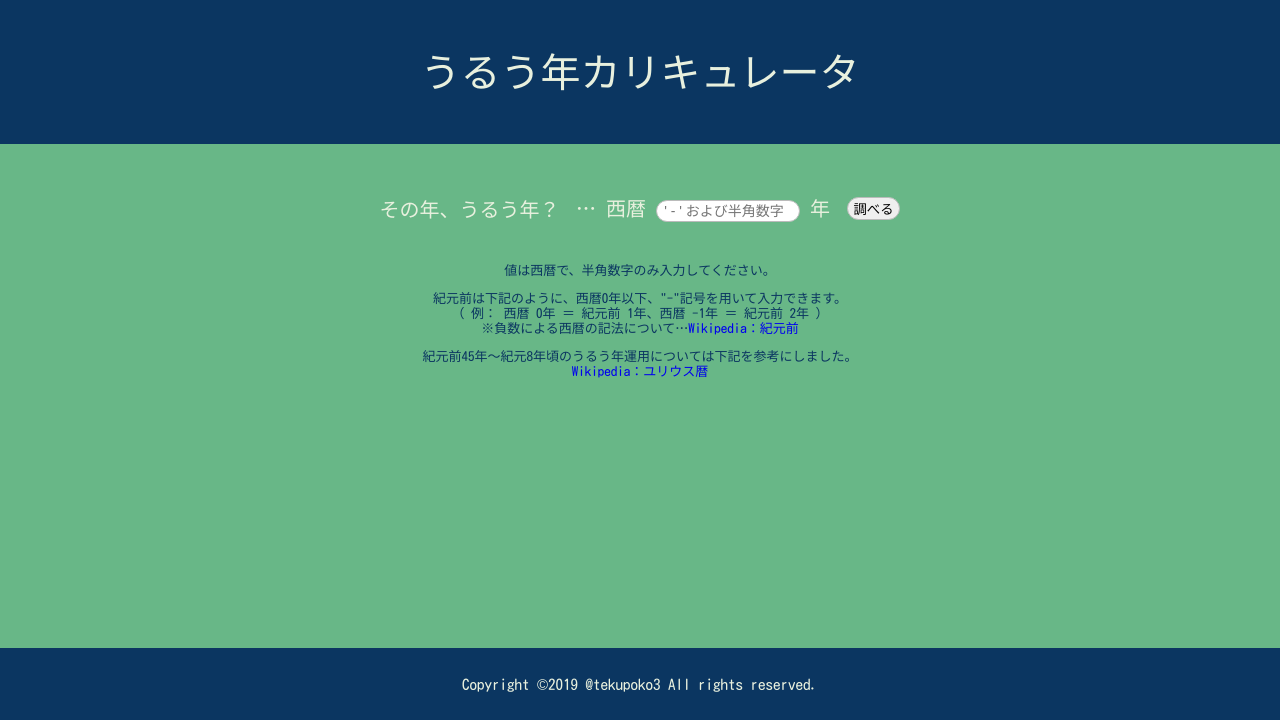
Repository: tekupoko3/leap_year_calculator
Page: leapyearcalc/judgeleapyear/templates/judgeleapyear/index.html
The author's editor kept a record of every edit. The page is drawn from the files as they stood at one moment, then again after the next edit.
The browser window is 1280 px wide. The pictures show the whole page.
The template is drawn by Django 3.2. The application's start-up code is not run. Other server files are loaded and not shown. The template is opened directly, without the code that normally fills it, so the values that code supplies are empty.

Above is the page before.

### leapyearcalc/judgeleapyear/templates/judgeleapyear/index.html
<!DOCTYPE html>
<html lang="ja">
<head>
  <meta charset="UTF-8">
  <meta name="viewport" content="width=device-width, initial-scale=1.0">
  <meta http-equiv="X-UA-Compatible" content="ie=edge">
  <title>うるう年カリキュレータ</title>
  {% load static %}
  <link rel="stylesheet" href="{% static "judgeleapyear/reset.css" %}" type="text/css" />
  <link href="https://fonts.googleapis.com/css?family=Kosugi+Maru&display=swap" rel="stylesheet">
  <link rel="stylesheet" href="{% static "judgeleapyear/base.css" %}" type="text/css" />
  <link rel="stylesheet" href="{% static "judgeleapyear/index.css" %}" type="text/css" />
</head>
<body>
  <header>
    <div class="navbar">
      <div class="headertitle">
        <a href="/"><p>うるう年カリキュレータ</p></a>
      </div>
    </div>
    <div class="flash">

    </div>
  </header>
  <main>
    <div class="mainwrapper">
      <div class="yearform">
        <form action="calc" id="yearinput" method="post">
          {% csrf_token %}
          <p>その年、うるう年？</p>
          <div class="inputblock">
              … 西暦
            {% if year is None %}
              <input type="text" name="year" placeholder="' - ' および半角数字" class="inputbox" pattern="-?[0-9]+" title="半角負号' - '（任意）と、連続した半角数字のみで入力して下さい。" required />
            {% else %}
              <input type="text" name="year" placeholder="' - ' および半角数字" value='{{ year }}' class="inputbox" pattern="-?[0-9]+" title="半角負号' - '（任意）と、連続した半角数字のみで入力して下さい。" required />
            {% endif %}
            年
          </div>
          <input type="submit" value="調べる" class="button">
        </form>
      </div>
      {% if not error is None %}
      <div class="error-text">
          <p>{{ error }}</p>
      </div>
      {% endif %}
      <p>値は西暦で、半角数字のみ入力してください。</p>
      <br>
      <p>紀元前は下記のように、西暦0年以下、"-"記号を用いて入力できます。</p>
      <p>（ 例： 西暦 0年 ＝ 紀元前 1年、西暦 -1年 ＝ 紀元前 2年 ）</p>
      <p>※負数による西暦の記法について…<a href="https://ja.wikipedia.org/wiki/%E7%B4%80%E5%85%83%E5%89%8D#%E5%A4%A9%E6%96%87%E5%AD%A6%E3%81%AB%E3%81%8A%E3%81%91%E3%82%8B%E7%B4%80%E5%85%83%E5%89%8D" target="_blank">Wikipedia：紀元前</a></p>
      <br>
      <p>紀元前45年〜紀元8年頃のうるう年運用については下記を参考にしました。</p>
      <p><a href="https://ja.wikipedia.org/wiki/%E3%83%A6%E3%83%AA%E3%82%A6%E3%82%B9%E6%9A%A6#%E9%81%8B%E7%94%A8" target="_blank">Wikipedia：ユリウス暦</a></p>
      {% if not result is None %}
        {% if result == "ユリウス暦以前" %}
          <div class="result">
            <p>紀元前46年以前には<span>うるう年の概念は<br class="sp-br">ありませんでした。</span></p>
          </div>
        {% elif year >= 5000000000 %}
          <div class="result">
            <p>{{ year_text }}年は<span>{{ result }}</span>ですが、<br><span>その頃には地球は<br><a href="https://news.livedoor.com/article/detail/15371910/" target="_blank">太陽に飲み込まれている</a>かもしれません。</span></p>
          </div>
        {% elif year >= 1750000000 %}
          <div class="result">
            <p>{{ year_text }}年は<span>{{ result }}</span>ですが、<br><span>その頃には<a href="https://matome.naver.jp/odai/2138299155821433901" target="_blank">地球上に生物がいない</a>かもしれません。</span></p>
          </div>
        {% else %}
          <div class="result">
            <p>{{ year_text }}年は<span>{{ result }}</span>です。</p>
          </div>
        {% endif %}
      {% endif %}
    </div>
  </main>
  <footer>
    <p>Copyright ©2019 <a href="https://twitter.com/tekupoko3" target="_blank">@tekupoko3</a> All rights reserved.</p>
  </footer>
</body>
</html>

### leapyearcalc/judgeleapyear/static/judgeleapyear/base.css
html, body, div, span, object, iframe,
h1, h2, h3, h4, h5, h6, p, blockquote, pre,
abbr, address, cite, code,
del, dfn, em, img, ins, kbd, q, samp,
small, strong, sub, sup, var,
b, i,
dl, dt, dd, ol, ul, li,
fieldset, form, label, legend,
table, caption, tbody, tfoot, thead, tr, th, td,
article, aside, canvas, details, figcaption, figure,
footer, header, hgroup, menu, nav, section, summary,
time, mark, audio, video {
  font-family: 'Kosugi Maru', sans-serif;
  -webkit-box-sizing: border-box;
  -moz-box-sizing: border-box;
  box-sizing: border-box;
}

a {
  text-decoration: none;
}

### leapyearcalc/judgeleapyear/static/judgeleapyear/index.css
header .navbar{
  background-color: #0B3661;
  width: 100vw;
  height: 20vh;
  display: flex;
  flex-flow: row wrap;
  justify-content: space-around;
  align-items: center;
}

.headertitle a{
  text-decoration: none;
}

.headertitle > a > p{
  color: #E8F0DE;
  flex: 0 1 auto;
  display: block;
  font-size: 40px;
}

main{
  width: 100vw;
  height: 70vh;
}

main .mainwrapper{
  background-color: #68B787;
  width: 100vw;
  height: 100%;
  text-align: center;
  padding: 2px;
  color: #0B3661;
  font-size: 13px;
}

main .mainwrapper .yearform{
  display: flex;
  width: 100%;
  padding-top: 50px;
  padding-bottom: 40px;
  flex-flow: row wrap;
  justify-content: center;
  align-items: center;
}

main .mainwrapper .yearform > form > p{
  display: inline;
  vertical-align: middle;
  flex: 0 1 auto;
  color: #E8F0DE;
  font-size: 20px;
  padding-top: 2px;
}

main .mainwrapper .yearform > form > .inputblock{
  display: inline-block;
  vertical-align: middle;
  flex: 0 1 auto;
  color: #E8F0DE;
  font-size: 20px;
  padding-top: 2px;
}

main .mainwrapper > p{
  vertical-align: middle;
  color: #0B3661;
  font-size: 13px;
  padding-top: 2px;
}

main .mainwrapper > p > a{
  text-decoration: none;
}

.inputbox{
  flex: 0 1 auto;
  width: 130px;
  -webkit-border-radius: 20px;
  -moz-border-radius: 20px;
  text-align: center;
  vertical-align: middle;
  border: 1px solid #bbb;
  border-radius: 20px;
  font-size: 16px;
  color: #333;
  padding-right: 10px;
  ime-mode: disabled;
}

.inputbox::-webkit-input-placeholder {
  font-size: 14px;
}
.inputbox:-moz-placeholder {
  font-size: 14px;
}
.inputbox::-moz-placeholder {
  font-size: 14px;
}
.inputbox:-ms-input-placeholder {
  font-size: 14px;
}

.button{
  flex: 0 1 auto;
  vertical-align: middle;
  border: 1px solid #bbb;
  -webkit-border-radius: 20px;
  -moz-border-radius: 20px;
  border-radius: 20px;
}

.error-text > p{
  color: #922;
  font-size: 13px;
  margin-bottom: 10px;
}

main .mainwrapper .result{
  margin-top: 20px;
  display: flex;
  flex-flow: row wrap;
  justify-content: space-around;
  align-items: center;
}

main .mainwrapper .result > p{
  color: #E8F0DE;
  font-size: 30px;
}

main .mainwrapper .result > p > span{
  color: #E8F0DE;
  font-size: 60px;
}

footer {
  background-color: #0B3661;
  width: 100vw;
  height: 10vh;
  display: flex;
  flex-flow: row wrap;
  justify-content: space-around;
  align-items: center;
}

footer p{
  color: #E8F0DE;
  flex: 0 1 auto;
  display: block;
  font-size: 15px;
}

footer p > a{
  color: #E8F0DE;
  flex: 0 1 auto;
  text-decoration: none;
}


@media screen and (max-width:780px){
  header .navbar{
    height: 10vh;
  }

  .headertitle a > p{
    font-size: 20px;
    flex-flow: row wrap;
    justify-content: center;
    align-items: center;
    vertical-align: middle;
  }

  main{
    height: 80vh;
  }

  main .mainwrapper p{
    color: #0B3661;
    font-size: 11px;
    padding-top: 2px;
  }

  main .mainwrapper .yearform > form > .inputblock{
    display: block;
  }

  main .mainwrapper .error-text > p{
    color: #922;
    display: block;
    width: 400px;
    margin: auto;
    margin-top: 10px;
    margin-bottom: 10px;
    font-size: 11px;
    text-align: center;
  }


  main .mainwrapper .result{
    display: flex;
    flex-flow: row wrap;
    justify-content: center;
    align-items: center;
    vertical-align: middle;

  }

  main .mainwrapper .result > p{
    flex: 0 1 auto;
    color: #E8F0DE;
    font-size: 20px;
  }


  main .mainwrapper .result > p > span{
    flex: 0 1 auto;
    width: 500px;
    color: #E8F0DE;
    font-size: 30px;
    display: block;
    padding: 10px 40px;
    word-wrap:break-word;
  }

  footer p{
    font-size: 11px;
  }
}

Loaded but not shown: leapyearcalc/judgeleapyear/static/judgeleapyear/reset.css (common file)

After the next edit:
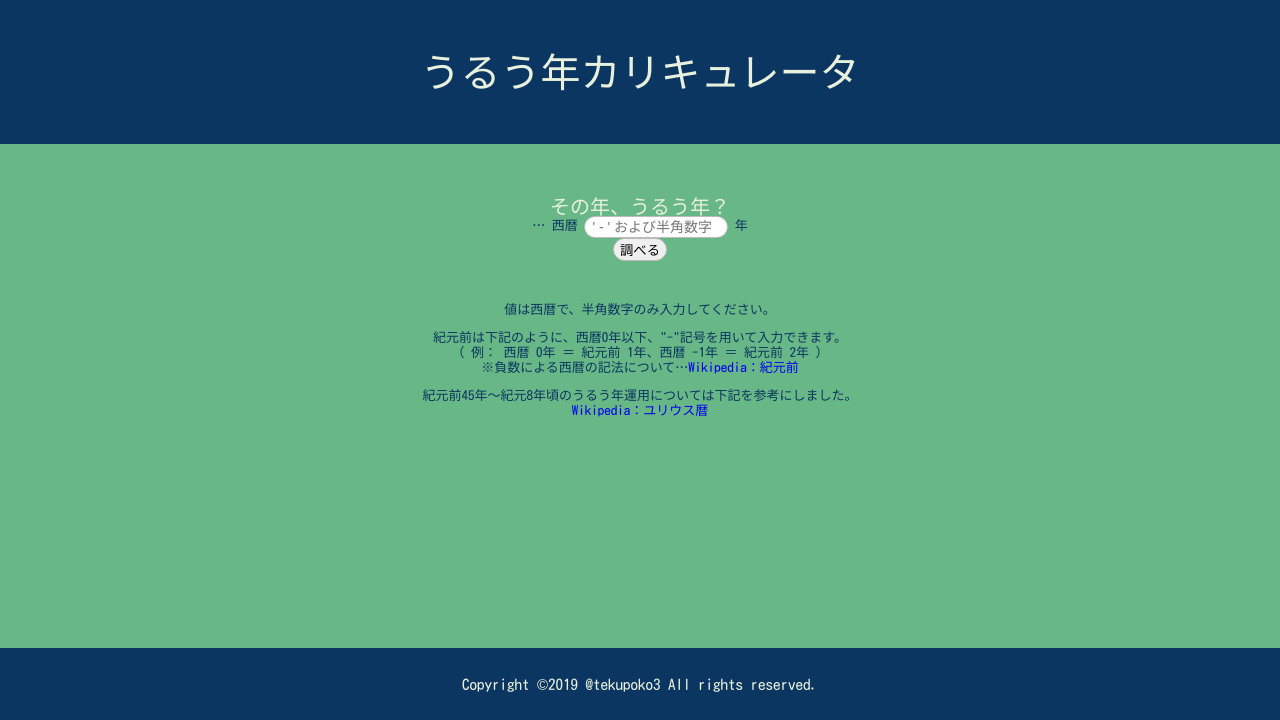
The edit:
--- a/leapyearcalc/judgeleapyear/static/judgeleapyear/index.css
+++ b/leapyearcalc/judgeleapyear/static/judgeleapyear/index.css
@@ -53,7 +53,7 @@
   padding-top: 2px;
 }
 
-main .mainwrapper .yearform > form > .inputblock{
+main .mainwrapper .yearform > form > p.inputblock{
   display: inline-block;
   vertical-align: middle;
   flex: 0 1 auto;

After the edit that followed:
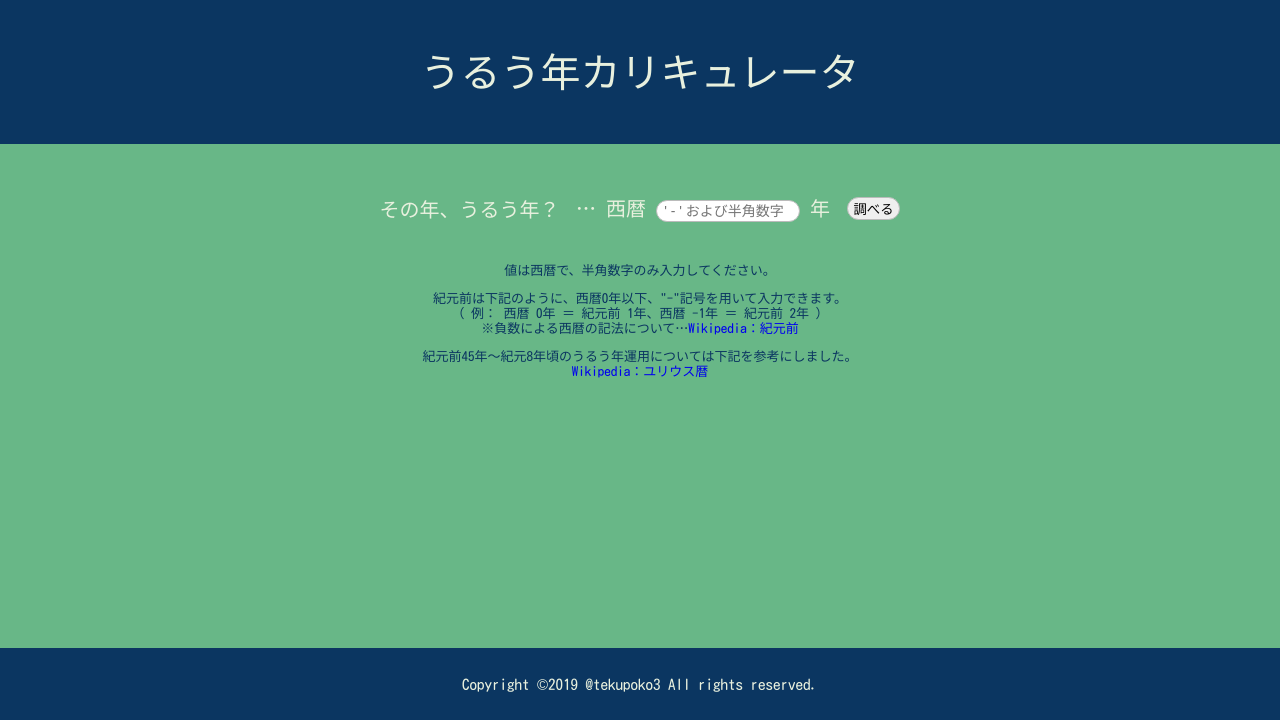
The edit:
--- a/leapyearcalc/judgeleapyear/static/judgeleapyear/index.css
+++ b/leapyearcalc/judgeleapyear/static/judgeleapyear/index.css
@@ -53,7 +53,7 @@
   padding-top: 2px;
 }
 
-main .mainwrapper .yearform > form > p.inputblock{
+main .mainwrapper .yearform > form > .inputblock{
   display: inline-block;
   vertical-align: middle;
   flex: 0 1 auto;
